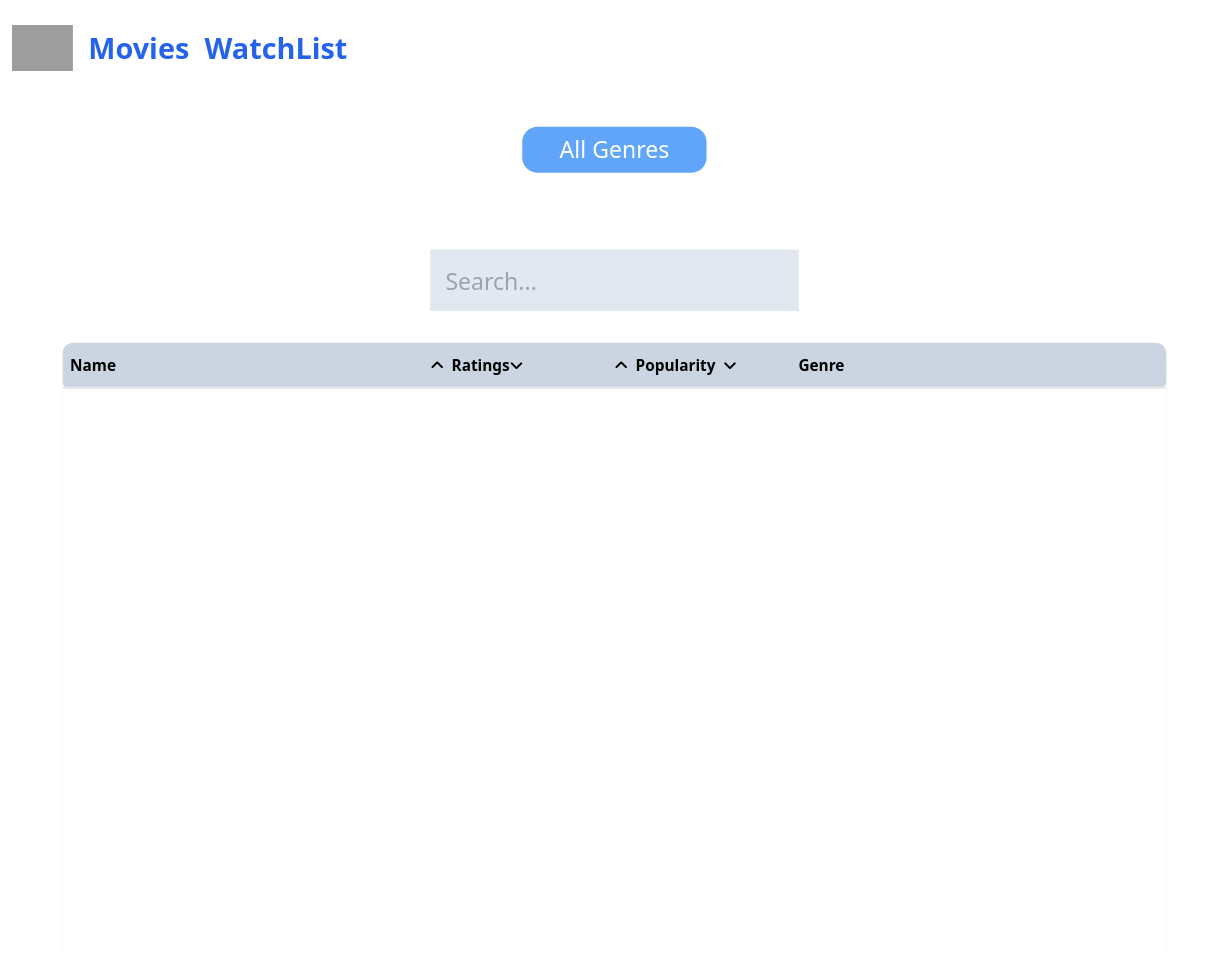
Repository: Aakash20bhatt/LearnReact
Page: /watchlist (app in moviesApp/)
An editor plug-in stored every save of this project. The page is shown before and after the next save, followed by the edit.
The browser window is 1280 px wide. The pictures show the whole page, at 96% of full size.
Pictures or frames that could not be fetched are drawn as grey boxes. Some web libraries are served in a nearby version. The project was rebuilt for these pictures with package versions that can differ from the ones it lists, and the page was loaded fresh each time. Also part of the build but not shown: moviesApp/vite.config.js, moviesApp/src/App.css, moviesApp/src/Components/Banner.jsx, moviesApp/src/Components/MovieCard.jsx, moviesApp/src/Components/Pagination.jsx, moviesApp/src/redux/movieMiddleware.js, moviesApp/src/Components/Movies.jsx, moviesApp/src/Components/MovieDetails.jsx.

Above is the page before, as saved 2024-08-25 14:07:30.

### moviesApp/index.html
<!doctype html>
<html lang="en">
  <head>
    <meta charset="UTF-8" />
    <link rel="icon" type="image/svg+xml" href="/vite.svg" />
    <meta name="viewport" content="width=device-width, initial-scale=1.0" />
    <title>Movies recommendation</title>
    <link rel="stylesheet" href="https://cdnjs.cloudflare.com/ajax/libs/font-awesome/6.6.0/css/all.min.css" integrity="sha512-Kc323vGBEqzTmouAECnVceyQqyqdsSiqLQISBL29aUW4U/M7pSPA/gEUZQqv1cwx4OnYxTxve5UMg5GT6L4JJg==" crossorigin="anonymous" referrerpolicy="no-referrer" />
  </head>
  <body>
    <div id="root"></div>
    <script type="module" src="/src/main.jsx"></script>
  </body>
</html>

### moviesApp/src/main.jsx
import React from 'react'
import ReactDOM from 'react-dom/client'
import App from './App.jsx'
import './index.css'
import { Provider } from "react-redux"
import store from './redux/store.js'

ReactDOM.createRoot(document.getElementById('root')).render(
  <React.StrictMode>
    <Provider store={store}>
      <App />
    </Provider>
  </React.StrictMode>,
)

### moviesApp/src/App.jsx
import { useState } from 'react'

import './App.css'
import Watchlist from './Components/Watchlist'
import Navbar from './Components/Navbar'
import Banner from './Components/Banner'
import Movies from './Components/Movies'
import { BrowserRouter, Routes, Route } from 'react-router-dom'
import MovieContext from './Contexts/MovieContext'
import PaginationContext from './Contexts/PaginationContext'
import MovieDetails from './Components/MovieDetails'

function App() {
  const [watchList,setWatchList] = useState(
    JSON.parse(localStorage.getItem('watchList'))||[]
  );

  const addToWatchList = (movieToAdd)=>{
    const newWatchList = [...watchList,movieToAdd]
    setWatchList(newWatchList);
  }

  const removeFromWatchList = (movieToRemove)=>{
      const filteredWatchList = watchList.filter((movieObj) => movieObj.id !== movieToRemove.id);
      setWatchList(filteredWatchList);
  }


  return (
    <BrowserRouter>
      <Navbar/>
        <MovieContext.Provider value = {{watchList,addToWatchList,removeFromWatchList,setWatchList}}>
          <Routes>
            <Route path='/' element={
              <>
                <Banner/>
                <Movies/>
                {/* <PaginationContext.Provider value = {{pageNo,handleNext,handlePrev}}>
                  <Movies/>
                </PaginationContext.Provider> */}
              </>
            }></Route>

            <Route path='/:title/:id' element={
              <MovieDetails/>
            }>
            </Route>

            <Route path='/watchlist' element={
              <Watchlist
              />
            }></Route>
          </Routes>
        </MovieContext.Provider>
    </BrowserRouter>
  )
}

export default App

### moviesApp/src/index.css
@tailwind base;
@tailwind components;
@tailwind utilities;

*{
  margin: 0;
  padding:0;
  box-sizing: border-box;
}

### moviesApp/src/redux/store.js
import { configureStore } from "@reduxjs/toolkit";
import paginationSlice from "./paginationSlice";
import movieSlice from "./movieSlice";


const store = configureStore({
    reducer:{
        paginationState:paginationSlice.reducer,
        moviesState:movieSlice.reducer
    }
});

export default store;

### moviesApp/src/Components/Watchlist.jsx
import { useContext, useEffect, useState } from "react";
import { GENRES_ID_MAPPING, ALL_GENRES, BASE_URL } from "../utils/common";
import MovieContext from "../Contexts/MovieContext";
import { useNavigate } from "react-router-dom";
import { FixedSizeList } from "react-window";

export default function Watchlist() {
    const { watchList: movies, removeFromWatchList, setWatchList } = useContext(MovieContext);
    const [genres, setGenres] = useState([ALL_GENRES]);
    const [selectedGenre, setSelectedGenre] = useState(ALL_GENRES);
    const [search, setSearchValue] = useState('');
    const [debouncedSearch, setDebounceSearch] = useState('');
    const navigate = useNavigate();

    useEffect(() => {
        const genreList = movies.map((movieObj) => {
            return GENRES_ID_MAPPING[movieObj.genre_ids[0]];
        });
        const uniqueGenreList = new Set(genreList);
        setGenres([ALL_GENRES, ...uniqueGenreList]);
    }, [movies]);

    useEffect(() => {
        const handler = setTimeout(() => {
            setDebounceSearch(search);
        }, 500);

        return () => {
            clearTimeout(handler);
        };
    }, [search]);

    const sortAscending = (key) => {
        const sortedMovies = [...movies].sort((movieA, movieB) => {
            return movieA[key] - movieB[key];
        });
        setWatchList(sortedMovies);
    };

    const sortDescending = (key) => {
        const sortedMovies = [...movies].sort((movieA, movieB) => {
            return movieB[key] - movieA[key];
        });
        setWatchList(sortedMovies);
    };

    const filteredMovies = movies.filter((movieObj) => {
        if (selectedGenre === ALL_GENRES) return true;
        return selectedGenre === GENRES_ID_MAPPING[movieObj.genre_ids[0]];
    }).filter((movieObj) => {
        return movieObj.title.toLowerCase().includes(debouncedSearch.toLowerCase());
    });

    const Row = ({ index, style }) => {
        const movie = filteredMovies[index];
        return (
            <tr key={movie.id} style={style} className="flex items-center justify-between border-2 hover:bg-slate-100">
                <td className="flex w-1/3 m-4 gap-8 items-center">
                    <div onClick={() => navigate(`/${movie.title.replace(/[:\s]+/g, '-').replace(/[^a-zA-Z0-9-_]/g, '')}/${movie.id}`)}>
                        <img className="h-32 w-36 rounded-lg cursor-pointer"
                            src={BASE_URL + movie.backdrop_path}
                            alt="poster" />
                    </div>
                    {movie.title}
                </td>
                <td className="w-1/6 p-4">{movie.vote_average}</td>
                <td className="w-1/6 p-4">{movie.popularity}</td>
                <td className="w-1/6 p-4">{GENRES_ID_MAPPING[movie.genre_ids[0]]}</td>
                <td onClick={() => removeFromWatchList(movie)} className="text-rose-600 cursor-pointer p-4">
                    <i className="fa-solid fa-trash"></i>
                </td>
            </tr>
        );
    };

    return (
        <div className="flex flex-col items-center justify-center">
            <div className="flex flex-wrap gap w-[90%] my-8 justify-evenly">
                {genres.map((genre, index) => (
                    <div
                        key={index}
                        onClick={() => setSelectedGenre(genre)}
                        className={`cursor-pointer text-2xl rounded-2xl text-white h-[3rem]
                        w-[12rem] flex items-center justify-center
                        mb-4
                        ${genre === selectedGenre ? "bg-blue-400" : "bg-slate-400"}`}
                    >
                        {genre}
                    </div>
                ))}
            </div>
            <input
                value={search}
                placeholder="Search..."
                className="h-[4rem] p-4 w-[24rem] my-8 text-2xl bg-slate-200 outline-none"
                onChange={(e) => setSearchValue(e.target.value)}
            />
            <table className="rounded-xl border w-[90%] overflow-hidden">
                <thead className="heading flex bg-slate-300 h-12 rounded-lg">
                    <th className="heading-row flex items-center justify-between w-full border-b-2 text-left">
                        <tr className="column w-1/3 p-2">Name</tr>
                        <tr className="column w-1/6">
                            <i onClick={() => sortAscending('vote_average')} className="cursor-pointer fa-solid fa-angle-up mr-2"></i>
                            Ratings
                            <i onClick={() => sortDescending('vote_average')} className="cursor-pointer fa-solid fa-angle-down mr-2"></i>
                        </tr>
                        <tr className="column w-1/6">
                            <i onClick={() => sortAscending('popularity')} className="cursor-pointer fa-solid fa-angle-up mr-2"></i>
                            Popularity
                            <i onClick={() => sortDescending('popularity')} className="cursor-pointer fa-solid fa-angle-down ml-2"></i>
                        </tr>
                        <tr className="column w-1/6">Genre</tr>
                        <tr className="column w-1/6"></tr>
                    </th>
                </thead>
                <tbody className="tbody">
                    <FixedSizeList
                        height={600} // adjust height as needed
                        itemCount={filteredMovies.length}
                        itemSize={200} // adjust row height as needed
                        width="100%"
                    >
                        {({ index, style }) => <Row index={index} style={style} />}
                    </FixedSizeList>
                </tbody>
            </table>
        </div>
    );
}

### moviesApp/src/Components/Navbar.jsx
import {Link} from 'react-router-dom'

export default function Navbar(){
    return(
        <div className="flex items-center pl-3 py-4">
            <img className="h-12 "src="https://cdn-icons-png.flaticon.com/512/2503/2503508.png" alt="" />
            <Link className="m-4 text-blue-600 text-3xl font-bold" to="/">Movies</Link>
            <Link className="text-blue-600 text-3xl font-bold" to="/watchlist" >WatchList</Link>
        </div>
    )
}

### moviesApp/src/Contexts/MovieContext.js
import { createContext } from "react";

const MovieContext = createContext();

export default MovieContext;

### moviesApp/src/Contexts/PaginationContext.js
import { createContext } from "react";

const PaginationContext = createContext();

export default PaginationContext;

### moviesApp/src/redux/paginationSlice.js
import {createSlice} from '@reduxjs/toolkit';

const paginationSlice = createSlice({
    name:"paginationSlice",
    initialState:{
        pageNo:1
    },
    reducers:{
        handleNext:(state)=>{
            state.pageNo+=1
        },
        handlePrev:(state)=>{
            if(state.pageNo>1){
                state.pageNo-=1
            }
        }
    }
})

export default paginationSlice

### moviesApp/src/redux/movieSlice.js
import { createSlice } from "@reduxjs/toolkit";

const movieSlice = createSlice({
    name:"movieSlice",
    initialState:{
        movies:[],
        loading:true,
        error:false,
    },
    reducers:{
        setError:(state)=>{
            state.error = true;
            state.loading = false;
            state.movies = [];
        },
        setLoading:(state)=>{
            state.error = false;
            state.loading = true;
            state.movies = [];
        },
        setMovies:(state,descObj)=>{
            state.movies = descObj.payload;
            state.loading = false;
            state.error = false;
        }
    }
})

export default movieSlice;

### moviesApp/src/utils/common.js
export const BASE_URL = "https://image.tmdb.org/t/p/original/"

export const GENRES_ID_MAPPING = {
    28: "Action",
    12: "Adventure",
    16: "Animation",
    35: "Comedy",
    80: "Crime",
    99: "Documentary",
    18: "Drama",
    10751: "Family",
    14: "Fantasy",
    36: "History",
    27: "Horror",
    10402: "Music",
    9648: "Mystery",
    10749: "Romance",
    878: "Science Fiction",
    10770: "TV Movie",
    53: "Thriller",
    10752: "War",
    37: "Western",
}

export const ALL_GENRES = "All Genres";

Loaded but not shown: moviesApp/tailwind.config.js (common file)

After the next save:
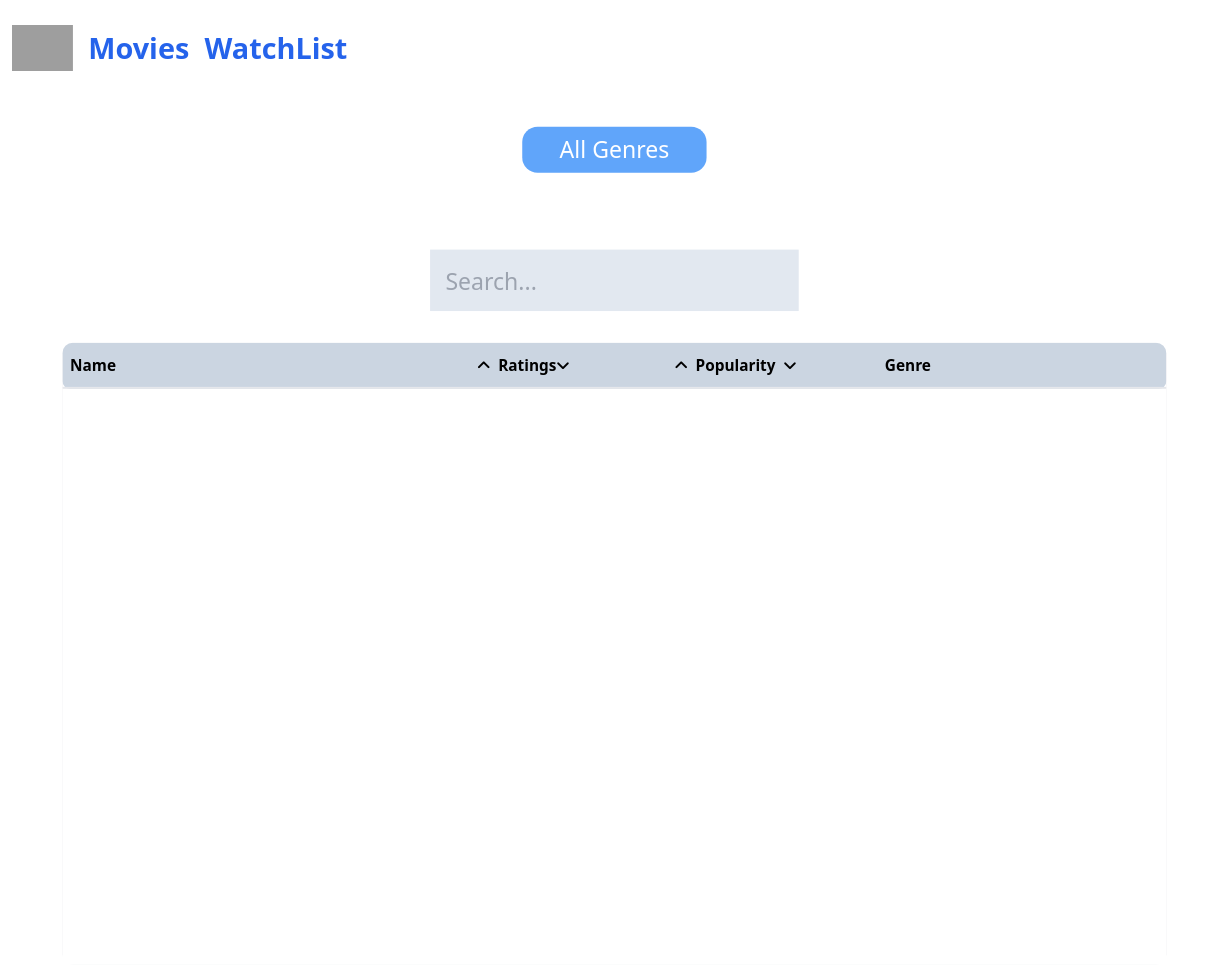
Saved 2 min 34 s later.
--- a/moviesApp/src/Components/Watchlist.jsx
+++ b/moviesApp/src/Components/Watchlist.jsx
@@ -98,18 +98,18 @@ export default function Watchlist() {
             <table className="rounded-xl border w-[90%] overflow-hidden">
                 <thead className="heading flex bg-slate-300 h-12 rounded-lg">
                     <th className="heading-row flex items-center justify-between w-full border-b-2 text-left">
-                        <tr className="column w-1/3 p-2">Name</tr>
-                        <tr className="column w-1/6">
+                        <tr className="column w-2/5	 p-2">Name</tr>
+                        <tr className="column w-1/6 ">
                             <i onClick={() => sortAscending('vote_average')} className="cursor-pointer fa-solid fa-angle-up mr-2"></i>
                             Ratings
                             <i onClick={() => sortDescending('vote_average')} className="cursor-pointer fa-solid fa-angle-down mr-2"></i>
                         </tr>
-                        <tr className="column w-1/6">
+                        <tr className="column w-1/6 text-center">
                             <i onClick={() => sortAscending('popularity')} className="cursor-pointer fa-solid fa-angle-up mr-2"></i>
                             Popularity
                             <i onClick={() => sortDescending('popularity')} className="cursor-pointer fa-solid fa-angle-down ml-2"></i>
                         </tr>
-                        <tr className="column w-1/6">Genre</tr>
+                        <tr className="column w-1/6 text-center">Genre</tr>
                         <tr className="column w-1/6"></tr>
                     </th>
                 </thead>
